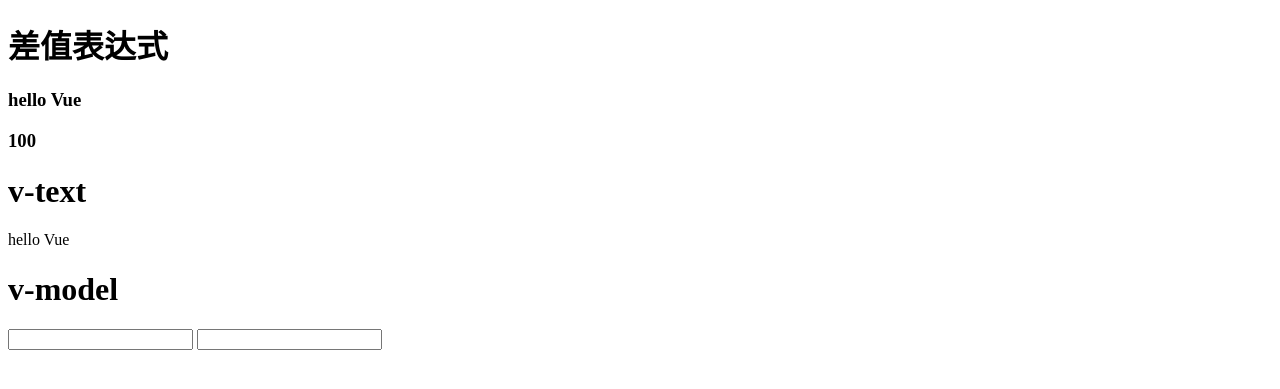
Repository: minfat/vue-reactive
Page: vue/index.html
These files come from the project's save history. The page is drawn as it stood at one moment and after the next save; the edit follows.
The browser window is 1280 px wide. The pictures show the whole page.

Above is the page before, as saved 2020-12-07 23:07:39.
Console error: TypeError: Cannot read properties of undefined (reading 'vm')

### vue/index.html
<!DOCTYPE html>
<html lang="en">
<head>
    <meta charset="UTF-8">
    <meta name="viewport" content="width=device-width, initial-scale=1.0">
    <title>Document</title>
</head>
<body>
    <div id="app">
        <h1>差值表达式</h1>
        <h3>{{msg}}</h3>
        <h3>{{count}}</h3>
        <h1>v-text</h1>
        <div v-text="msg"></div>
        <h1>v-model</h1>
        <input type="text" v-model="msg">
        <input type="text" v-model="count">
    </div>
</body>
</html>
<script src="./js/dep.js"></script>
<script src="./js/watcher.js"></script>
<script src="./js/compiler.js"></script>
<script src="./js/observer.js"></script>
<script src="./js/vue.js"></script>
<script>
    let vm = new Vue({
        el:'#app',
        data:{
            msg:'hello Vue',
            count:100,
            preson:{
                name:'ydd'
            }
        }
    })
    console.log(vm.msg)
    vm.msg={
        test:'hello'
    }
</script>

### vue/js/dep.js
class Dep{
    constructor() {
        //存储所有的观察者
        this.subs= []
        console.log(this.subs,'---this.subs---')
    }
    //添加观察者
    addSub(sub) {
        //所有观察者都有一个update方法
        if(sub && sub.update) {
            this.subs.push(sub)
        }
    }
    //发送通知
    notify() {
        this.subs.forEach(sub=>{
            sub.update()
        })
    }
}

### vue/js/watcher.js
class Watcher{
    constructor(vm,key,cb,oldValue) {
        this.vm = vm
        //data中的属性名
        this.key = key
        //回调函数负责更新视图
        this.cb = cb
        //把当前watcher对象记录到dep类的静态属性target
        Dep.target = this //this就是 watcher对象
        //触发get方法，在get方法中会调用addSub
        this.oldValue = vm[key]
        console.log(this.oldValue,'----this.oldValue---')
        Dep.target = null
    }
    //当数据发生变化的时候更新视图
    update() {
        console.log(this.vm,'------this.vm---------------')
        let newValue = this.vm[this.key]
        console.log(newValue,'----newValuessssssssss----')
        if(this.oldValue === newValue) {return}
        this.cb(newValue)
    }
}

### vue/js/compiler.js
class Compiler {
    constructor(vm) {
        this.el = vm.$el
        this.vm = vm
        this.compile(this.el)

    }
    //编译模板，处理文本节点和元素节点
    compile(el) {
        let childNodes = el.childNodes
        //Array.from将伪数组
        Array.from(childNodes).forEach(node=>{
            //处理文本节点
            if(this.isTextNode(node)) {
                this.compileText(node)
            }else if(this.isElementNode(node)) {
                //处理元素节点
                this.compileElement(node)
            }
            //判断node节点，是否有子节点,如果有子节点，要递归调用compile
            if(node.childNodes && node.childNodes.length) {
                this.compile(node)
            }
        })
    }
    //编译元素节点，处理指令
    compileElement(node) {
        //遍历所有的属性节点
        console.log(node)
        Array.from(node.attributes).forEach(attr=>{
            let attrName = attr.name
            console.log(this.isDirective(attrName))
            if(this.isDirective(attrName)) {
                //v-text ==>text
                attrName = attrName.substr(2)
                console.log(attrName,'-attrName-')
                let key = attr.value
                this.update(node,key,attrName)
            }
        })

    }
    update(node,key,attrName) {
        let updateFn = this[attrName+'Updater']
        updateFn && updateFn(node,this.vm[key],key)
    }
    //处理 v-text 指令
    textUpdater(node,value,key) {
        let self = this
        node.textContent = value
        //创建watcher对象 更新视图
        new Watcher(self.vm,key,(newValue)=>{
            node.textContent = newValue
        })
    }
    //处理 v-model
    modelUpdater(node,value,key) {
        console.log(node,value)
        node.value = value
    }
    //编译文本节点，处理差值表达式
    compileText(node) {
        let reg = /\{\{(.+?)\}\}/
        let value = node.textContent
        if(reg.test(value)) {
            let key = RegExp.$1.trim()
            node.textContent = value.replace(reg,this.vm[key])
            //创建watcher对象 更新视图
            new Watcher(this.vm,key,(newValue)=>{
                node.textContent = newValue
            })
        }
    }
    //判断元素属性是否是指令
    isDirective(attrName) {
        //判断字符串是否以v-开头
        return attrName.startsWith('v-')
    }
    //判断节点是否是文本节点
    isTextNode(node) {
        //nodeType === 1 元素节点 nodeType === 3 文本节点
        return node.nodeType === 3
    }
    //判断节点是否是元素节点
    isElementNode(node) {
        return node.nodeType === 1
    }
}

### vue/js/observer.js
class Observer{
    constructor(data) {
        this.walk(data)
    }
    //遍历data对象的所有属性
    walk(data) {
        //1.判断data是否是对象
        if(!data || typeof data !=='object') {
            return
        }
        //2.遍历data对象的所有属性
        Object.keys(data).forEach(key=>{
            this.defineReactive(data,key,data[key])
        })
    }
    //转换getter,setter
    defineReactive(obj,key,val) {
        let self = this
        //收集依赖，发送通知
        let dep = new Dep()
        //如果val是对象，把val内部的属性转换成响应式的。递归
        self.walk(val)
        Object.defineProperty(obj,key,{
            enumerable:true,//可枚举
            configurable:true,//可配置
            get() {
                //收集依赖  Dep.target其实就是观察者
                Dep.target && dep.addSub(Dep.target)
                return val //obj[key] 会发生死递归，这就是为什么要传递val而不是直接用obj[key]
            },
            set(newValue) {
                if(newValue === val) {retun}
                val = newValue
                self.walk(newValue)
                //发送通知
                dep.notify()
            }

        })
    }
}

### vue/js/vue.js
class Vue{
    constructor (options) {
        //1.通过属性保存选项的数据
        this.$options = options || {}
        this.$data = options.data || {}
        this.$el = typeof options.el === 'string' ? document.querySelector(options.el) : options.el
        //2.把data中的成员转换成getter和setter，注入到vue实例中
        this._proxyData(this.$data)
        //3.调用observer对象，监听数据的变化
        new Observer(this.$data)
        //4.调用compiler对象，解析指令和差值表达式
        console.log(this)
        new Compiler(this)
    }
    _proxyData(data) {
        //遍历data中的所有属性
        Object.keys(data).forEach(key=>{
            //把data的属性注入到vue实例中
            Object.defineProperty(this,key,{
                enumerable:true,
                configurable:true,
                get() {
                    return data[key]
                },
                set(newValue) {
                    if(newValue === data[key]) {
                        return
                    }
                    data[key] = newValue
                }
            })
        })
    }
}

After the next save:
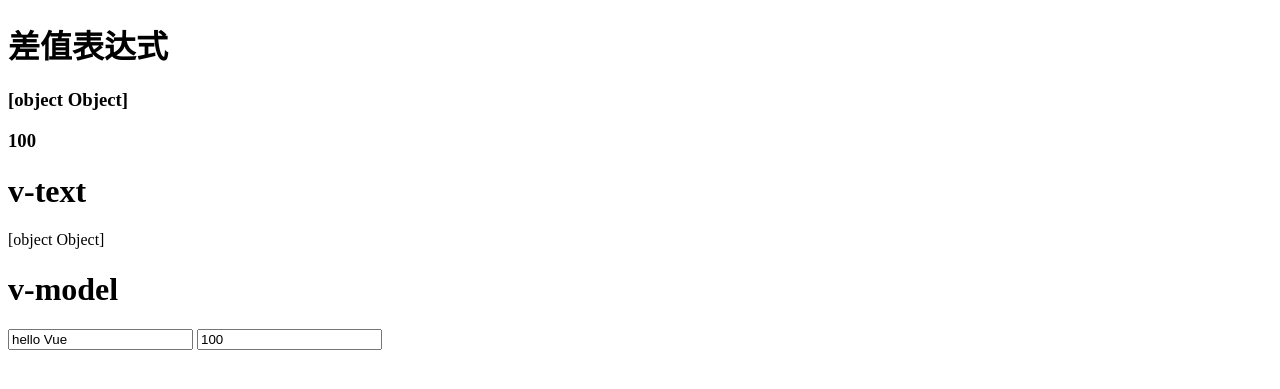
The error is gone.
Saved 74 s later.
--- a/vue/js/compiler.js
+++ b/vue/js/compiler.js
@@ -42,7 +42,7 @@ class Compiler {
     }
     update(node,key,attrName) {
         let updateFn = this[attrName+'Updater']
-        updateFn && updateFn(node,this.vm[key],key)
+        updateFn && updateFn.call(this,node,this.vm[key],key)
     }
     //处理 v-text 指令
     textUpdater(node,value,key) {
